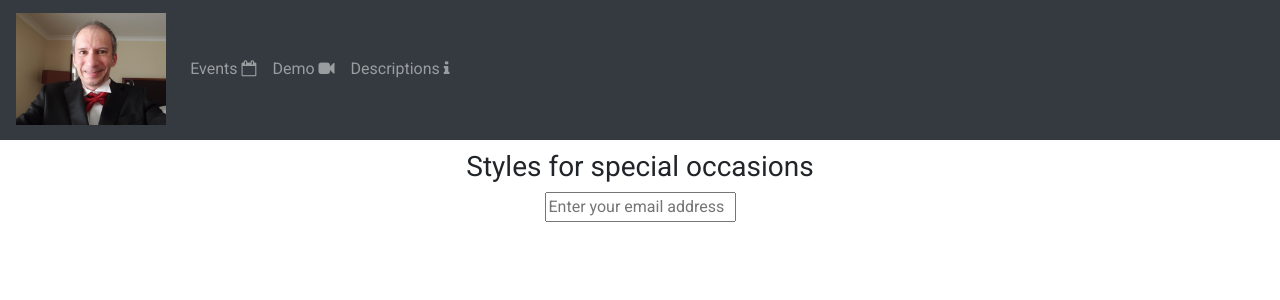
Repository: derektypist/product-landing-page
Page: index.html
The author's editor kept a record of every edit. The page is drawn from the files as they stood at one moment, then again after the next edit.
The browser window is 1280 px wide. The pictures show the whole page.

Above is the page before.

After the next edit:
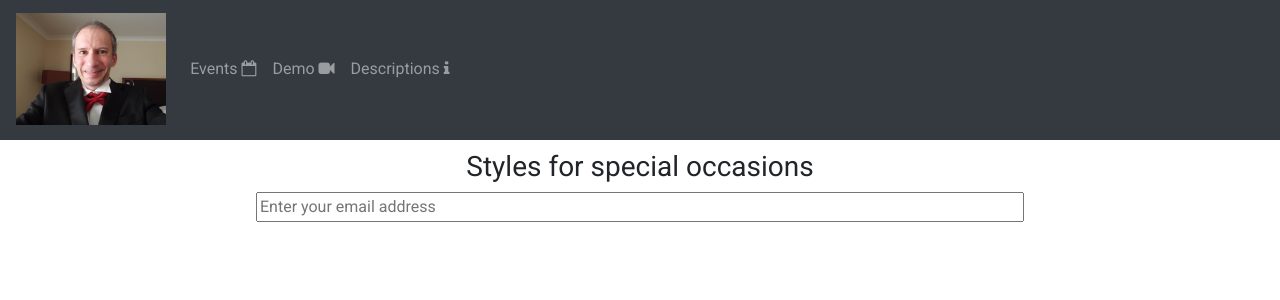
The edit:
--- a/index.html
+++ b/index.html
@@ -32,6 +32,10 @@
             text-align: center;
             display: block;
             margin: auto;
+        }
+
+        input {
+            width: 60%;
         }
     </style>
 </head>
